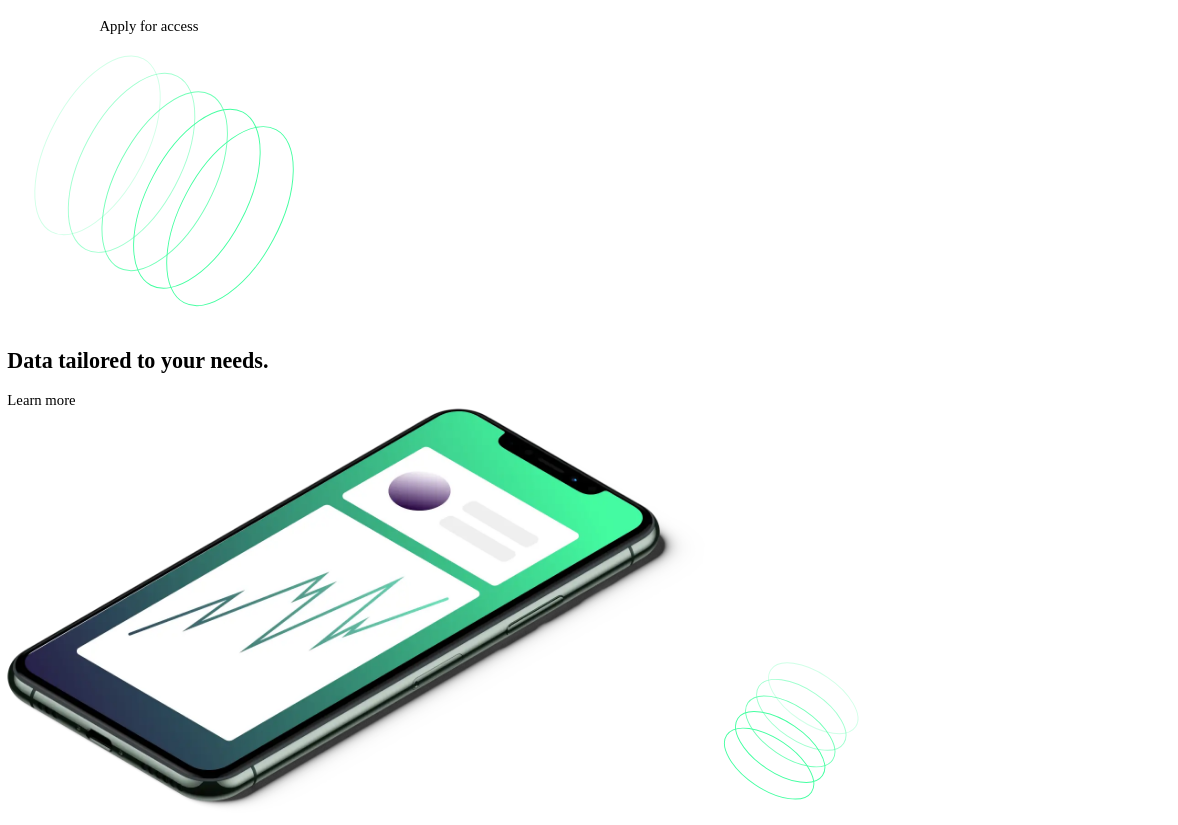
Repository: Arkitecth/landing_page
Page: starter-code/index.html
These files come from the project's save history. The page is drawn as it stood at one moment and after the next save; the edit follows.
The browser window is 1280 px wide. The pictures show the whole page, at 92% of full size.

Above is the page before, as saved 2023-05-04 17:00:09.

### starter-code/index.html
<!DOCTYPE html>
<html lang="en">
<head>
  <meta charset="UTF-8">
  <meta name="viewport" content="width=device-width, initial-scale=1.0">

  <link rel="icon" type="image/png" sizes="32x32" href="./assets/images/favicon-32x32.png">

  <title>Frontend Mentor | Workit landing page</title>
</head>
<style>

</style>
<body>

  <!-- Hero Section -->
  <section id="hero">
    <div class="navbar">
      <object class="logo-light" data="assets/images/logo-light.svg"></object>
      <a class="secondary-default">Apply for access </a>
    </div>
  <object class="bg-pattern-1" data="assets/images/bg-pattern-1.svg"></object>

  <div class="hero-heading">
    <h1 class="heading-l">Data <span>tailored</span> to your needs. </h1>
    <a class="primary-default">Learn more </a>
</div>

<object class="image-hero" data="assets/images/image-hero.webp" width="761" height="441"></object>
<object class="bg-pattern-2" data="assets/images/bg-pattern-2.svg"></object>

</section>


  <!-- 1

  Actionable insights

  Optimize your products, improve customer satisfaction and stay ahead of the competition
  with our product data analytics.

  2

  Data-driven decisions

  Make data-driven decisions with our product data analytics. Our AI-generated reports help
  you unlock insights hidden in your product data.

  3

  Always affordable

  Always affordable pricing that scales with your business. Get top-quality product data
  analytics services without hidden costs or unexpected fees.

  Be the first to test

  Hi, I'm Louis Graham, the founder of the company. Book a demo call with me to become a
  beta tester for our app and kickstart your company. Apply for access below and I’ll be
  in touch to schedule a call.

  Apply for access -->

</body>
</html>

### starter-code/assets/images/bg-pattern-1.svg
<svg xmlns="http://www.w3.org/2000/svg" width="341" height="317" viewBox="0 0 341 317"><g fill="none" fill-rule="evenodd" stroke="#44FFA1" transform="rotate(-152 159.204 128.626)"><ellipse cx="54" cy="107.125" rx="53.5" ry="106.5"/><ellipse cx="94.706" cy="107" rx="53.5" ry="106.5"/><ellipse cx="134.529" cy="107.344" opacity=".75" rx="52.5" ry="106.5"/><ellipse cx="175.705" cy="108.102" opacity=".5" rx="53.5" ry="106.5"/><ellipse cx="217.294" cy="107.508" opacity=".25" rx="52.5" ry="106.5"/></g></svg>

After the next save:
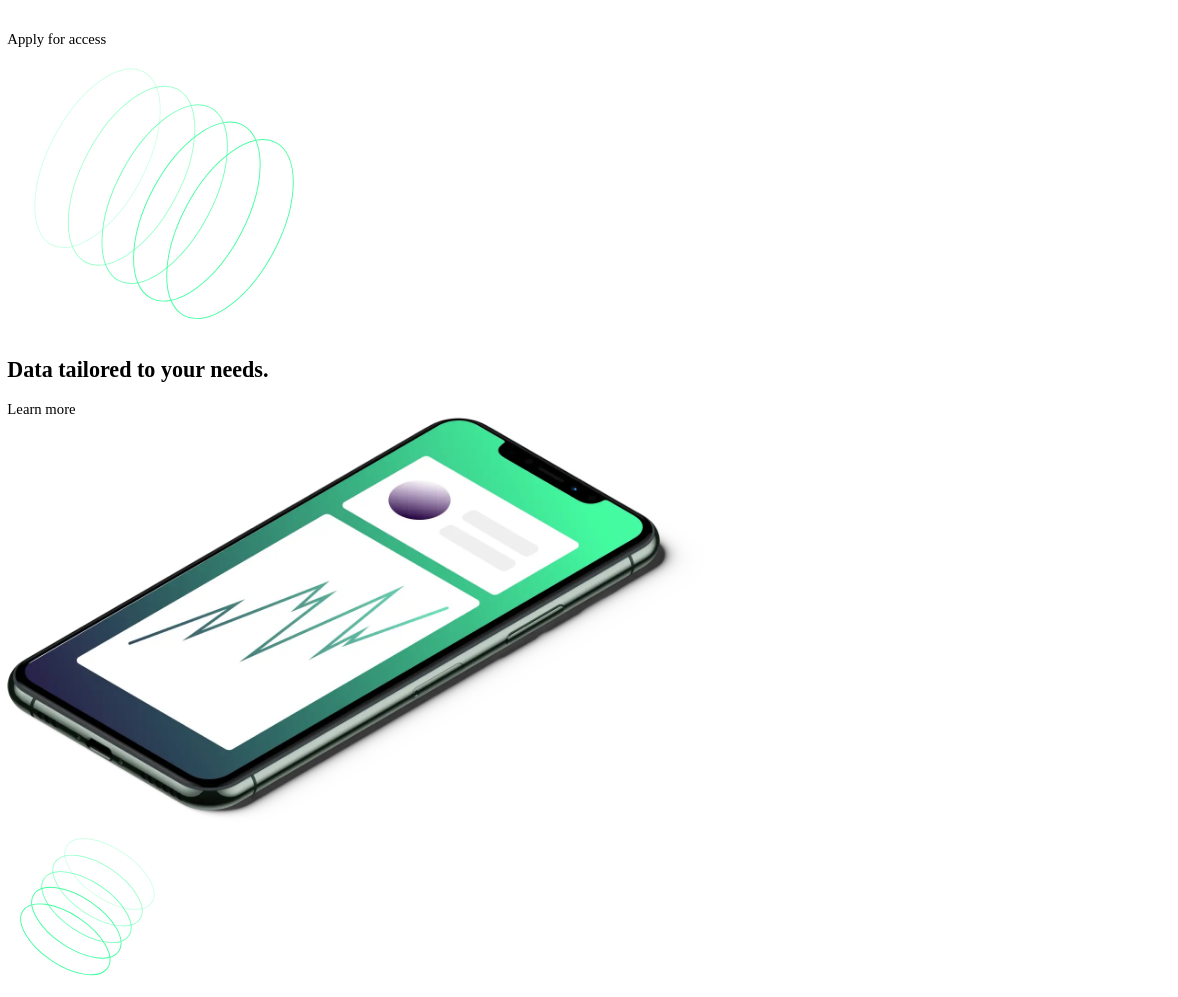
Saved 6 s later.
--- a/starter-code/index.html
+++ b/starter-code/index.html
@@ -9,7 +9,9 @@
   <title>Frontend Mentor | Workit landing page</title>
 </head>
 <style>
-
+object {
+  display: block;
+}
 </style>
 <body>
 
